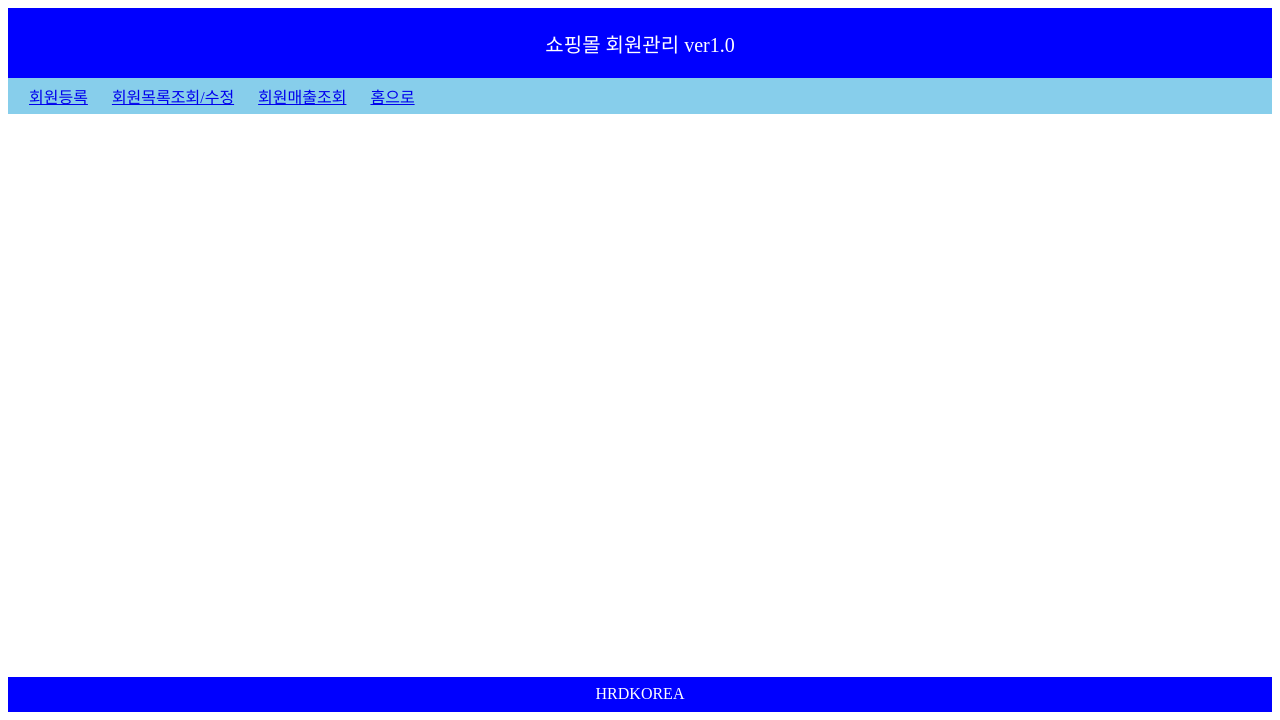
Repository: choigobin/Programming
Page: http://localhost/HRD_1119/
The author's editor kept a copy of each file at every save. The page is drawn from the files as they stood at one save, then again after the next save.
The browser window is 1280 px wide. The pictures show the whole page.
The page is served by Tomcat 9.

Above is the page before, as saved 2019-11-19 06:45:58.

### YangJung/workspace/HRD_1119/WebContent/index.jsp
<%@ page language="java" contentType="text/html; charset=UTF-8"
    pageEncoding="UTF-8"%>
<html>
<head>
<meta charset="UTF-8">
<style>
#tb1 {
		height:100%; width:100%;
		border: 0px;
		border-collapse: collapse;
		}
#tb2{
	border: solide black 1px;
	border-collapse: separate;
	}
#t1 {
	border: 0px;
	}
tr,td,th{
	border: solid black 1px;
	}
</style>
<title>쇼핑몰 회원관리</title>
</head>
<body>
<table id="tb1">
<tr id="t1" height="10%"><%-- header --%>
	<td id="t1" bgcolor="blue" align="center">
		<span style="font-size:20px; color:white;">쇼핑몰 회원관리 ver1.0</span>
	</td>
</tr>
<tr id="t1" height="5%"><%-- nav --%>
	<td id="t1" bgcolor="skyblue" align="left">
		<span style="color:white;">
			&nbsp&nbsp&nbsp&nbsp
			<a href="#">회원등록</a>
			&nbsp&nbsp&nbsp&nbsp
			<a href="#">회원목록조회/수정</a>
			&nbsp&nbsp&nbsp&nbsp
			<a href="#">회원매출조회</a>
			&nbsp&nbsp&nbsp&nbsp
			<a href="index.jsp">홈으로</a>
		</span>
	</td>
</tr>
<tr id="t1">
	<td id="t1">

	</td>
</tr>
<tr id="t1" height="5%"><%-- footer --%>
	<td id="t1" bgcolor="blue" align="center">
		<span style="color:white;">HRDKOREA</span>
	</td>
</tr>
</table>
</body>
</html>

After the next save:
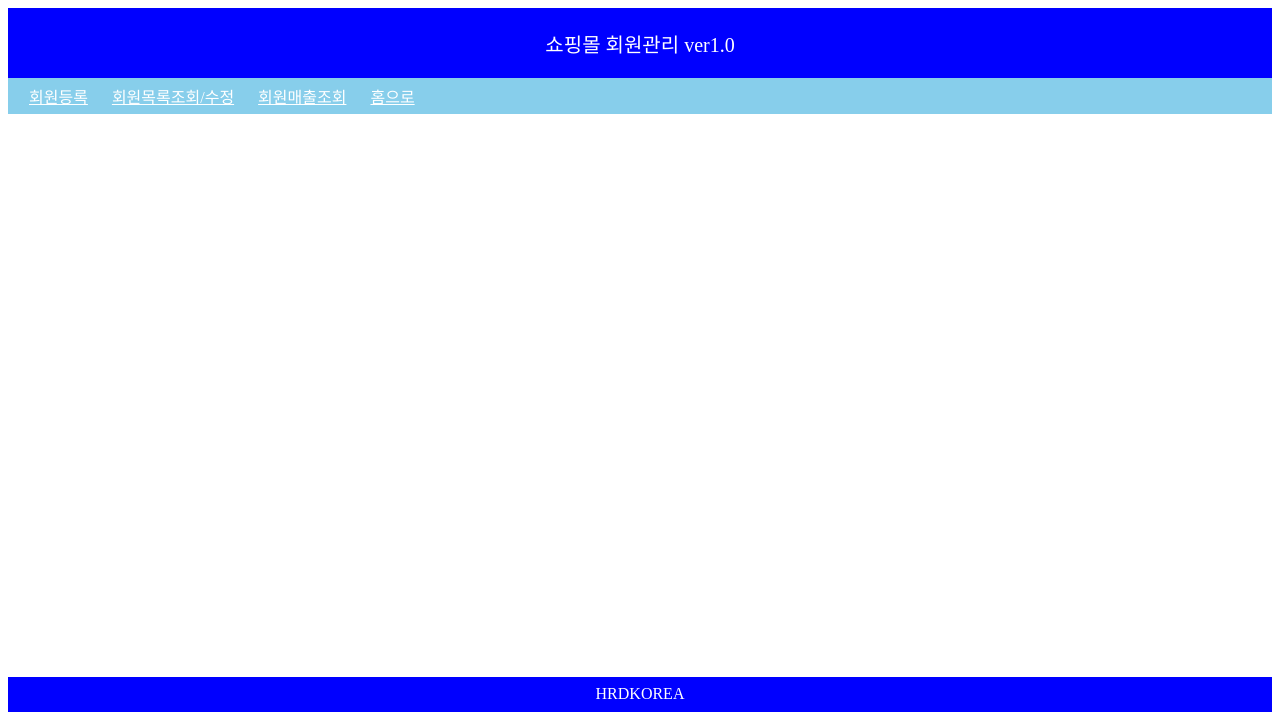
Saved 43 s later.
--- a/YangJung/workspace/HRD_1119/WebContent/index.jsp
+++ b/YangJung/workspace/HRD_1119/WebContent/index.jsp
@@ -19,6 +19,9 @@
 tr,td,th{
 	border: solid black 1px;
 	}
+a{
+	color:white;
+}
 </style>
 <title>쇼핑몰 회원관리</title>
 </head>
